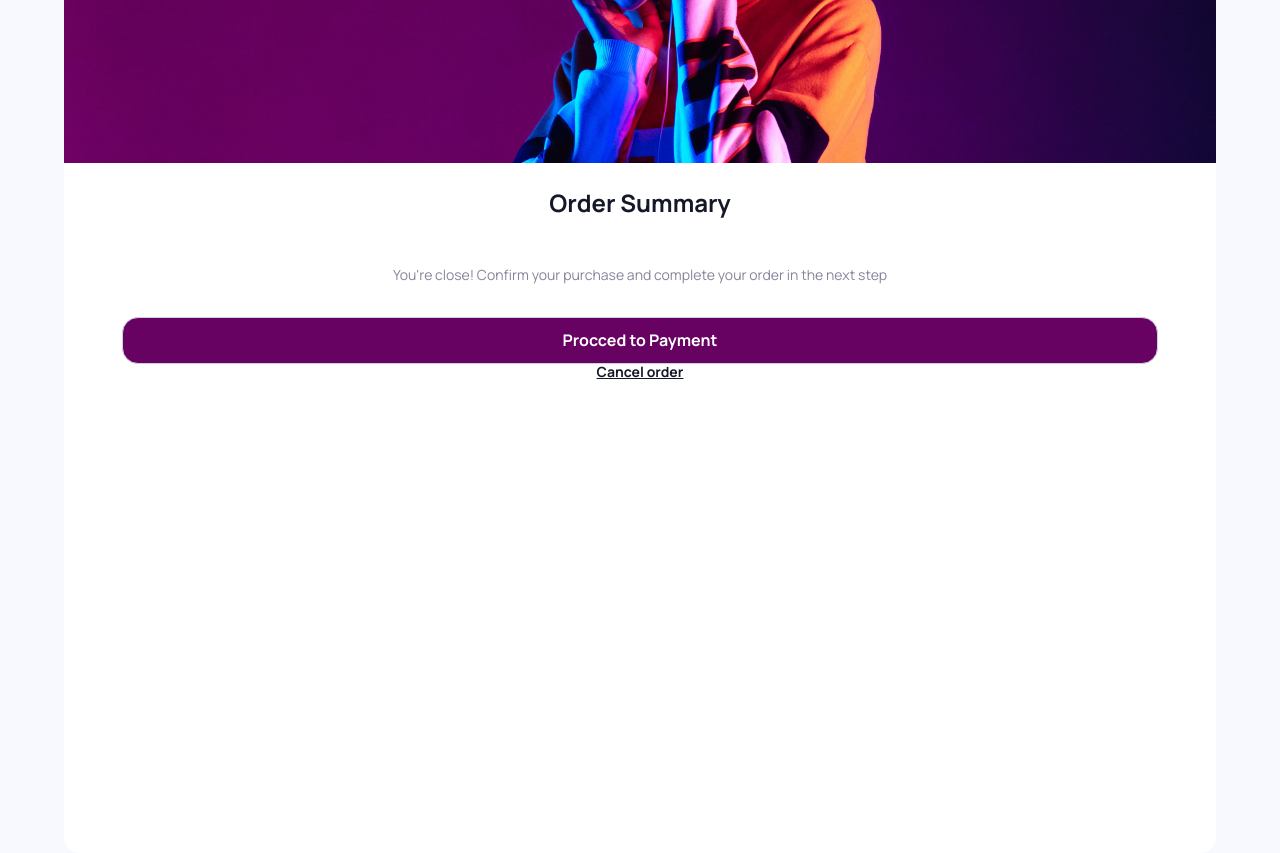
Repository: ssynowiec/INVO-Academy-solution
Page: /
An editor plug-in stored every save of this project. The page is shown before and after the next save, followed by the edit.
The browser window is 1280 px wide. The pictures show the whole page.
The project was rebuilt for these pictures with package versions that can differ from the ones it lists, and the page was loaded fresh each time.

Above is the page before, as saved 2023-02-16 09:46:37.

### index.html
<!DOCTYPE html>
<html lang="en">

<head>
  <meta charset="UTF-8" />
  <link rel="icon" type="image/svg+xml" href="/vite.svg" />
  <meta name="viewport" content="width=device-width, initial-scale=1.0" />
  <title>INVO Academy JS Starter with Vite</title>
</head>

<!-- In order to start your challenge, remove all the content inside <div id="home-page"></div> and start coding :) -->

<body>
  <div id="home-page" class="container">
    <section class="order">
      <img src="/images/girl.jpeg" alt="" class="order-image">
      <h1 class="order-title">Order Summary</h1>
      <p class="order-description">You're close! Confirm your purchase and complete your order in the next step</p>
      <div></div>
      <button class="order-button">Procced to Payment</button>
      <a href="#" class="order-link">Cancel order</a>
    </section>
  </div>

  <script type="module" src="/src/global-scripts/main.js"></script>
  <script type="module" src="/src/pages/home-page/scripts/home-page.js"></script>
</body>

</html>

### src/pages/home-page/scripts/home-page.js
/// Homepage JavaScript File
/// Here we import all the JavaScript files we need for our homepage.

import '../styles/home-page.scss';

### src/global-styles/style.scss
/// Main Styles File
/// Here we import all the global Styles files we need for our project.

@import 'styles/normalize.scss';
@import 'styles/root.scss';
@import 'styles/fonts.scss';

body {
	font-family: 'Manrope', sans-serif;
	color: var(--color-primary);
	background-color: var(--color-background);
	display: flex;
	justify-content: center;
	align-items: center;
	height: 100vh;
}

p {
	color: var(--color-on-surface);
}

### src/pages/home-page/styles/home-page.scss
/// Homepage Styles File
/// Here we import all the Styles files we need for our Homepage.

.container {
	display: flex;
	justify-content: center;
}

.order {
	display: flex;
	flex-direction: column;
	justify-content: between;
	align-items: center;
	width: 90%;
	border-radius: 16px;
	overflow: hidden;
	background-color: var(--color-white);

	&-image {
		width: 100%;
		height: 30%;
		object-fit: cover;
	}

	&-title {
		font-weight: bold;
		padding-top: 10px;
		font-size: 24px;
		color: var(--color-title);
	}

	&-description {
		font-size: 14px;
		padding: 20px;
		color: var(--color-body);
		text-align: center;
	}

	&-button {
		width: 90%;
		padding: 10px;
		border-radius: 16px;
		font-weight: bold;
		font-size: 16px;
		line-height: 160%;
		letter-spacing: -1%;
		border: 1px solid var(--color-stroke);
		background-color: var(--color-primary);
		color: var(--color-white);
		cursor: pointer;

		&:hover {
			background-color: var(--color-primary-hover);
		}
	}

	&-link {
		letter-spacing: -1%;
		font-size: 14px;
		font-weight: bold;
		color: var(--color-title);
	}
}

### src/global-styles/styles/root.scss
/// Root Styles file
/// Here we define all the root variables we need for our project.
/// For examples see Material Design color system: https://m2.material.io/design/color/the-color-system.html

:root {
	--color-primary: #680262;
	--color-primary-hover: #490245;
	--color-background: #f8f9fe;
	--color-title: #151827;
	--color-body: #85859b;
	--color-stroke: #cfd1dd;
	--color-white: #ffffff;
}

### src/global-styles/styles/fonts.scss
/// Main Fonts File
/// Here we import all the fonts files we need for our project.

@import url('https://fonts.googleapis.com/css2?family=Manrope:wght@200;300;400;500;600;700;800&display=swap');

Loaded but not shown: src/global-scripts/main.js (common file); src/global-styles/styles/normalize.scss (common file)

After the next save:
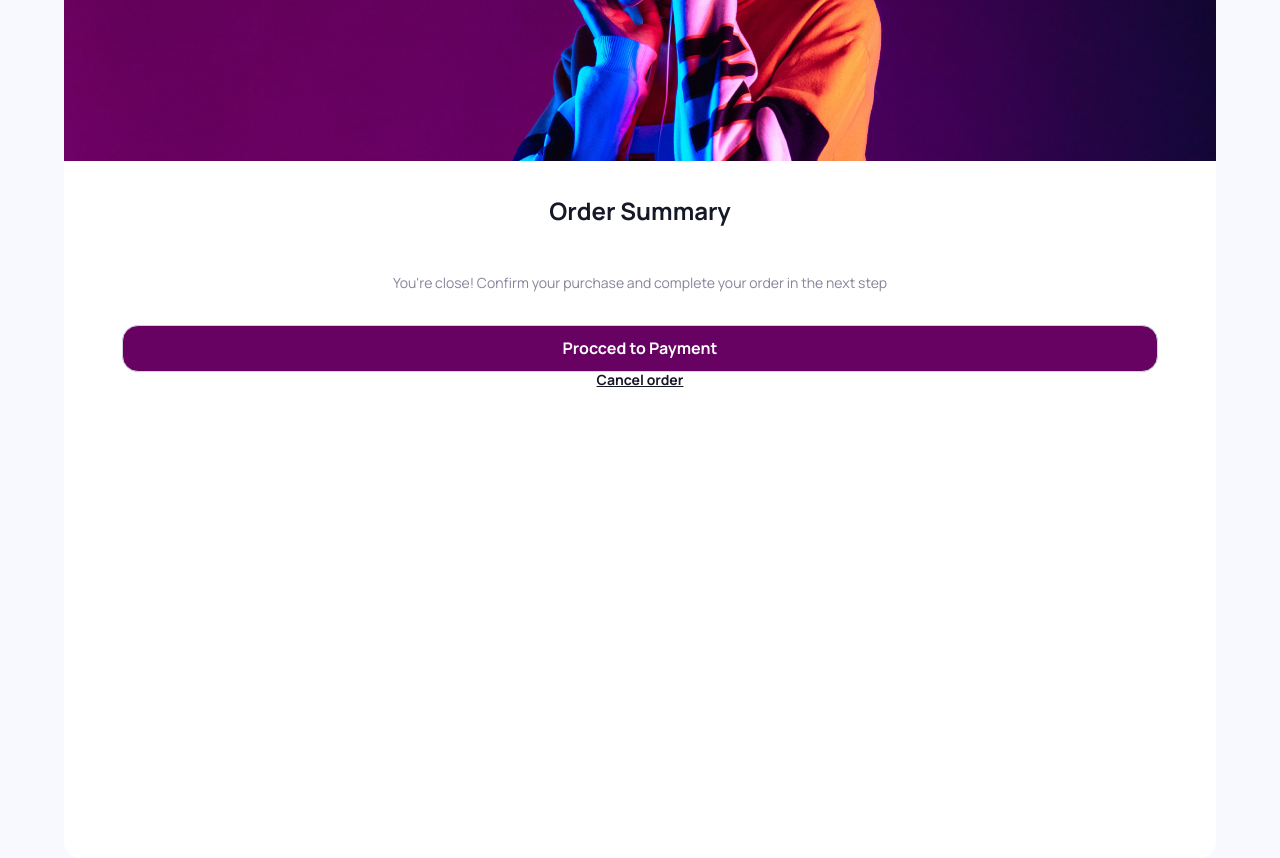
Saved 4 s later.
--- a/src/pages/home-page/styles/home-page.scss
+++ b/src/pages/home-page/styles/home-page.scss
@@ -24,7 +24,7 @@
 
 	&-title {
 		font-weight: bold;
-		padding-top: 10px;
+		padding-top: 20px;
 		font-size: 24px;
 		color: var(--color-title);
 	}
